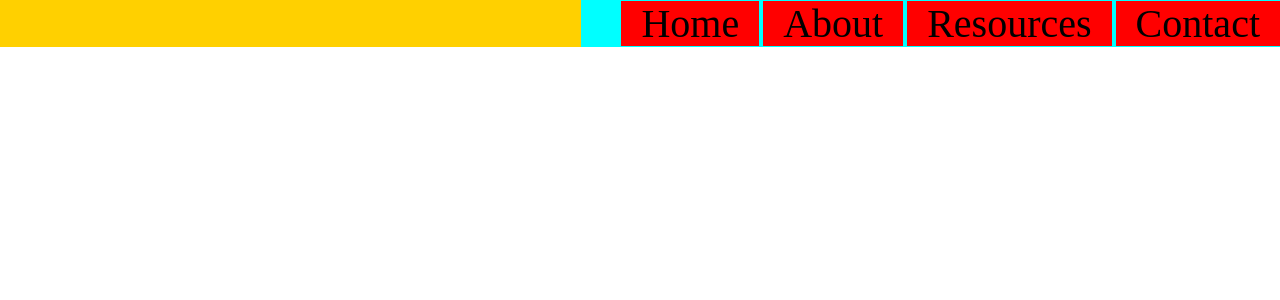
Repository: rdass1/COM421-FinalProject
Page: Website/index.html
An editor plug-in stored every save of this project. The page is shown before and after the next save, followed by the edit.
The browser window is 1280 px wide. The pictures show the whole page.

Above is the page before, as saved 2021-05-11 22:45:15.

### Website/index.html
<!DOCTYPE html>
<html>
    <head>
        <meta charset="UTF-8">
        <meta name="description" content="Take It To the Streets is a non-profit organization that helps people find information on how to fight their tickets. ">
        <meta name="author" content="Group 2">
        <meta name="viewport" content="width=device-width, initial-scale=1.0">
        <link rel="stylesheet" type="text/css" href="css/index.css">
        <title>Take It To The Streets</title>
    </head>
    <body>
        <header>
            <div id = "navbar">
                <nav>
                    <ul>
                        <li>Home</li>
                        <li>About</li>
                        <li>Resources</li>
                        <li>Contact</li>
                    </ul>

                </nav>
            </div>
        </header>

    </body>
</html>

### Website/css/index.css
body{
    margin:0px;
}

header{
    background-color: rgb(255, 208, 0);
    width: 100%;
    height: 6%;
    display: flex;
    justify-content: flex-end;
    margin: 0px;
    padding: 0px;

}

#navbar nav{



}

#navbar ul{
    margin: 0px;
    background-color:aqua;

    list-style: none;
}

#navbar li{
    margin: 0px;
    padding: 0px 20px 0px 20px;
    font-size: 2.5rem;
    background-color:red;
    display: inline;
}

After the next save:
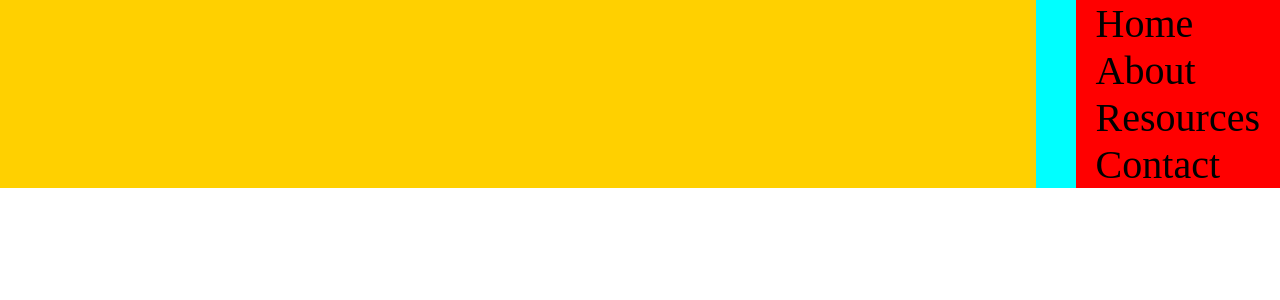
Saved 4 s later.
--- a/Website/css/index.css
+++ b/Website/css/index.css
@@ -31,5 +31,5 @@
     padding: 0px 20px 0px 20px;
     font-size: 2.5rem;
     background-color:red;
-    display: inline;
+
 }

After the 3 saves that followed:
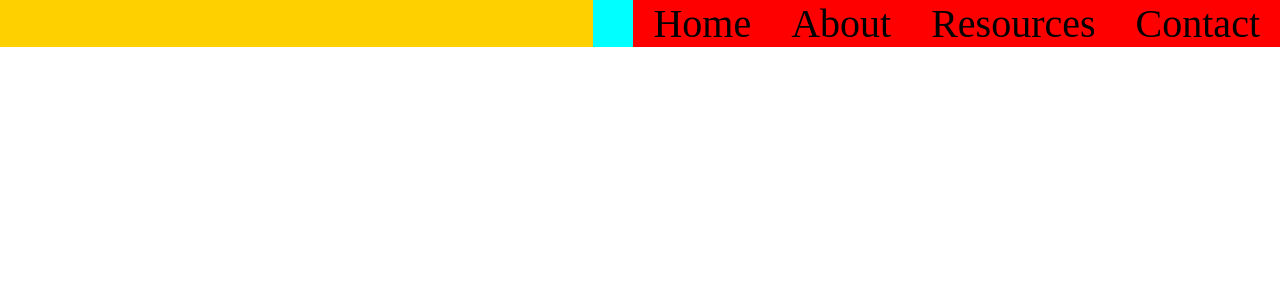
The 3 saves are shown as one change because 2 left the picture as it was.
The last was saved 103 s later.
--- a/Website/css/index.css
+++ b/Website/css/index.css
@@ -22,7 +22,7 @@
 #navbar ul{
     margin: 0px;
     background-color:aqua;
-
+    overflow: hidden;
     list-style: none;
 }
 
@@ -31,5 +31,5 @@
     padding: 0px 20px 0px 20px;
     font-size: 2.5rem;
     background-color:red;
-
+    float:left;
 }
